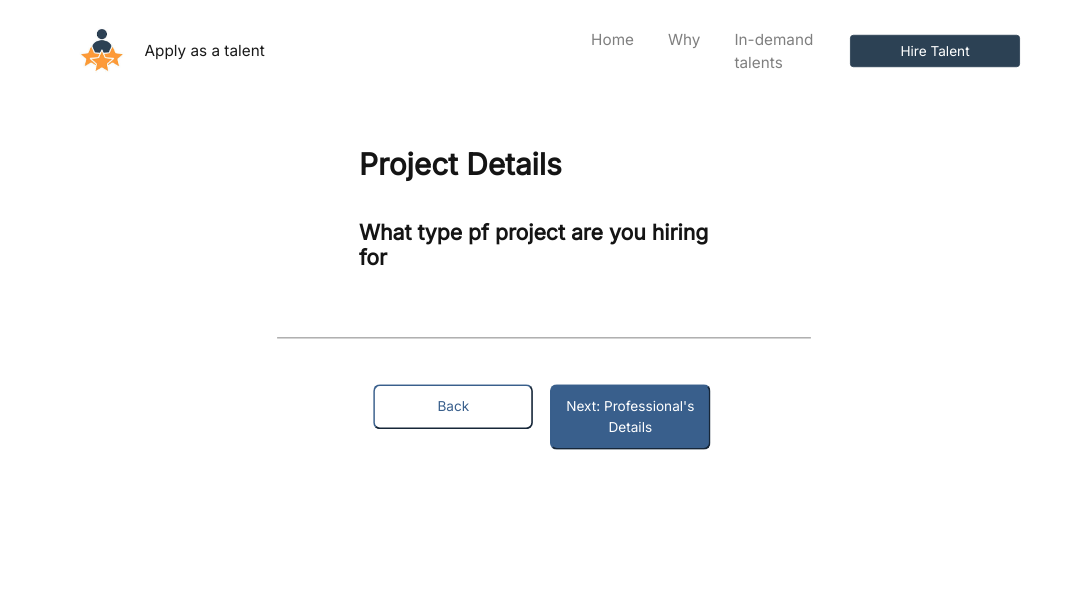
Repository: Ashwe9/talent-hire-reactJs
Page: /projectdetails
The author's editor kept a copy of each file at every save. The page is drawn from the files as they stood at one save, then again after a run of saves.
The browser window is 1280 px wide. The pictures show the whole page, at 85% of full size.
The project was rebuilt for these pictures with package versions that can differ from the ones it lists, and the page was loaded fresh each time. Also part of the build but not shown: src/homePage/components/TrustedBy/TrustedBy.css, src/homePage/components/TrustedBy/TrustedBy.js, src/homePage/components/Roles/Roles.js, src/homePage/components/homePageFooter/HomePageFooter.css, src/homePage/components/homePageFooter/HomePageFooter.js, src/homePage/HomePage.js, src/kpisPage/Header.js, src/kpisPage/DropDown.css and 5 more.

Above is the page before, as saved 2022-08-20 13:08:51.

### public/index.html
<!DOCTYPE html>
<html lang="en">
  <head>
    <meta charset="utf-8" />
    <link rel="icon" href="%PUBLIC_URL%/favicon.ico" />
    <meta name="viewport" content="width=device-width, initial-scale=1" />
    <meta name="theme-color" content="#000000" />
    <meta
      name="description"
      content="Web site created using create-react-app"
    />
    <link rel="apple-touch-icon" href="%PUBLIC_URL%/logo192.png" />
    <link rel="manifest" href="%PUBLIC_URL%/manifest.json" />
    <link rel="stylesheet" href="https://stackpath.bootstrapcdn.com/bootstrap/4.4.1/css/bootstrap.min.css" integrity="sha384-Vkoo8x4CGsO3+Hhxv8T/Q5PaXtkKtu6ug5TOeNV6gBiFeWPGFN9MuhOf23Q9Ifjh" crossorigin="anonymous">
    <link href='https://fonts.googleapis.com/css?family=Inter' rel='stylesheet'>

    <title>App</title>
  </head>
  <body>
    <noscript>You need to enable JavaScript to run this app.</noscript>
    <div id="root"></div>
    <script src="https://code.jquery.com/jquery-3.4.1.slim.min.js" integrity="sha384-J6qa4849blE2+poT4WnyKhv5vZF5SrPo0iEjwBvKU7imGFAV0wwj1yYfoRSJoZ+n" crossorigin="anonymous"></script>
    <script src="https://cdn.jsdelivr.net/npm/popper.js@1.16.0/dist/umd/popper.min.js" integrity="sha384-Q6E9RHvbIyZFJoft+2mJbHaEWldlvI9IOYy5n3zV9zzTtmI3UksdQRVvoxMfooAo" crossorigin="anonymous"></script>
    <script src="https://stackpath.bootstrapcdn.com/bootstrap/4.4.1/js/bootstrap.min.js" integrity="sha384-wfSDF2E50Y2D1uUdj0O3uMBJnjuUD4Ih7YwaYd1iqfktj0Uod8GCExl3Og8ifwB6" crossorigin="anonymous"></script>  </body>
</html>

### src/App.js
import React from 'react'
import { BrowserRouter as Router, Route, Routes, Navigate } from 'react-router-dom';
import { HomePage } from './homePage/HomePage';
import KPISPage from './kpisPage/KPISPage';
import ProjectDetails from './projectDetails/ProjectDetails';
import ProfessionalDetails from './professionalDetails/ProfessionalDetails';

function App() {
  return (
    <Router>
      <Routes>
        <Route exact path="*" element={<Navigate to="/" replace />}/>
        <Route exact path="/" element={<HomePage />} />
        <Route exact path="/kpis" element={<KPISPage />} />
        <Route exact path="/projectdetails" element={<ProjectDetails />} />
        <Route exact path="/professionaldetails" element={<ProfessionalDetails />} />

      </Routes>
    </Router>
  );
}

export default App;

### src/projectDetails/ProjectDetails.js

import React from 'react'
import { Footer } from '../shared-components/Footer/Footer'
import { Navbar } from '../shared-components/Navbar/Navbar'
import Header from './Header'

const ProjectDetails = () => {
  return (
    <div>
      <Navbar />
      <Header />
      <Footer nextTitle="Next: Professional's Details" nextPath="/professionaldetails" previousPath="/kpis"/>
    </div>
  )
}

export default ProjectDetails

### src/shared-components/Navbar/Navbar.js
import React from 'react'
import './Navbar.css'
import { Navigate, useNavigate } from 'react-router-dom'

export const Navbar = () => {
  let navigate = useNavigate();

  return (
    <nav className="navbar navbar-expand-lg navbar-light">
      <img src= {require('../../assets/icon.png')} className="icon"/>
      <a className="navbar-brand title" href="#">Apply as a talent</a>
      <button className="navbar-toggler" type="button" data-toggle="collapse" data-target="#navbarText" aria-controls="navbarText" aria-expanded="false" aria-label="Toggle navigation">
        <span className="navbar-toggler-icon"></span>
      </button>
      <div className="collapse navbar-collapse" id="navbarText">
        <ul className="navbar-nav mr-auto">
          <li className="nav-item">
            <a className="nav-link" href="" onClick={() => {
                navigate('/', { replace: true });
              } }>Home</a>
          </li>

          <li className="nav-item">
            <a className="nav-link" href="#">Why</a>
          </li>
          <li className="nav-item">
            <a className="nav-link" href="#">In-demand talents</a>
          </li>
        </ul>
        <span className="navbar-text">
          <button className='btn btn-dark navbar-btn'>Hire Talent</button>
        </span>
      </div>
    </nav>
  )
}

### src/shared-components/Footer/Footer.js
import React from 'react'
import './Footer.css'
import { useNavigate  } from 'react-router-dom'


export  const Footer = ({nextTitle, nextPath, previousPath}) => {

  let navigate = useNavigate();

  const goNext = () => {
    let path =  nextPath;
    navigate(path);
  };
  const goBack = () => {
    let path =  previousPath;
    navigate(path);
  };

  return (
      <footer>
        <div className='Footer-box'>
            <hr id="footer-line"/>
            <div className='buttons'>
              <button className='Footer-button-back'
              onClick={goBack}
                >Back</button>

              <button className='Footer-button-next'
              onClick={goNext}
                >{nextTitle}</button>
        </div>
        </div>
      </footer>
    )
  }

### src/projectDetails/Header.js
import React from 'react'
import './Header.css'


const Header = () => {
  return (
    <div className='headers-box'>
        <p className='header'>
            Project Details
        </p>
        <p className='header-by-title'>
            What type pf project are you hiring for
        </p>

    </div>
  )
}

export default Header

### src/shared-components/Navbar/Navbar.css
.icon{
    width: 80px;
}

.title{
    font-family: "Inter";
    font-style: normal;
    font-weight: 500;
    font-size: 18px;
    line-height: 28px;
    align-items: center;
    color: #444444;
    padding-left: 10px;
}

#navbarText{
    margin-left: 30%;
}
.navbar-items{
    margin: 0 35%;

}

.nav-item{
    font-family: "Inter";
    font-style: normal;
    font-weight: 500;
    font-size: 18px;
    align-items: center;
    color: #444444;
    padding-left: 24px;
}

.navbar-btn{
    font-family: "Inter";
    font-style: bold;
    background: #2c4154;
    /* padding: 5px 50px; */
    border-color: #2c4154;
    width: 200px;
}

.navbar{
    margin: 10px 5%;
}

@media only screen and (max-width: 600px) {
    body {
      background-color: lightblue;
    }
  }

### src/kpisPage/Header.css
.header-box{
    margin: 30px 30%;
    padding: 3%;
    padding-bottom: 0%;
    align-items: center;
    width: 35%;
}

.header-by-title{
    font-family: "Inter";
    font-style: bolder;
    font-weight: 700;
    font-size: 25px;
    line-height: 30px;
    align-items: center;
    color: #141414;
}


@media only screen and (max-width: 700px) {

    .header-by-title{
        font-size: 16px;
    }

    .header-box{
        margin-left: 40px;
        width: 100%;
    }
  }
@media only screen and (max-width: 450px) {
    .header-by-title{
        font-size: 13px;
    }
    .header-box{
        margin-left: 70px;
        width: 100%;
    }
}

### src/shared-components/Footer/Footer.css
#footer-line{
    background-color: gray;
    width: 50%;
}

.Footer-box{
    margin-top: 50px;
    padding: 1%;
}

.buttons{
    display: flex;
}

.Footer-button-back{
    margin-top: 3%;
    /* margin-left: 30%; */
    font-family: "Inter";
    font-style: normal;
    padding: 1% 1%;
    background-color: white;
    border-color: #395f8c;
    color: #395f8c;
    height: 10%;
    width: 15%;
    border-radius: 0.5rem;
    margin-left: 34%;
    margin-bottom: 10%;
}
.Footer-button-next{
    margin-top: 3%;
    /* margin-left: 30%; */
    font-family: "Inter";
    background: #395f8c;
    border-color: #395f8c;
    padding: 1% 1%;
    height: 10%;
    width: 15%;
    border-radius: 0.5rem;
    margin-bottom: 10%;
    margin-left: 20px;
    color: white;
}

@media only screen and (max-width: 700px) {
    #footer-line{
        background-color: gray;
        width: 80%;
    }
    .Footer-button-next{
        padding: 2% ;
        height: 10%;
        width: fit-content;
        margin-left: 5%;
        font-size: 12px;
    }
    .Footer-button-back{
        padding: 2% ;
        height: 10%;
        width: 20%;
        margin-left: 20%;
        font-size: 12px;
    }
}

### src/projectDetails/Header.css
.headers-box{
    margin: 30px 30%;
    padding: 3%;
    padding-bottom: 0%;
    align-items: center;
    width: 40%;
}

.header{
    font-family: "Inter";
    font-style: bolder;
    font-weight: 600;
    font-size: 35px;
    line-height: 30px;
    align-items: center;
    color: #141414;
    margin-bottom: 50px;
}

.header-by-title{
    font-family: "Inter";
    font-style: bolder;
    font-weight: 700;
    font-size: 25px;
    line-height: 30px;
    align-items: center;
    color: #141414;
}


@media only screen and (max-width: 700px) {

    .header-by-title{
        font-size: 16px;
    }

    .header-box{
        margin-left: 40px;
        width: 100%;
    }
  }
@media only screen and (max-width: 450px) {
    .header-by-title{
        font-size: 13px;
    }
    .header-box{
        margin-left: 70px;
        width: 100%;
    }
}

### src/projectDetails/Details.js
import React from 'react'
import './Details.css'

const Details = () => {

  const [checked_1, setChecked_1] = useState(false)
  const [checked_2, setChecked_2] = useState(false)
  const [checked_3, setChecked_3] = useState(false)
  const [checked_4, setChecked_4] = useState(false)
  const [checked_5, setChecked_5] = useState(false)
  const handle_1 = () =>{
    setChecked_1(!checked_1)
  }
  const handle_2 = () =>{
    setChecked_2(!checked_2)
  }
  const handle_3 = () =>{
    setChecked_3(!checked_3)
  }
  const handle_4 = () =>{
    setChecked_4(!checked_4)
  }
  const handle_5 = () =>{
    setChecked_5(!checked_5)
  }

  return (
      <div className='roles-box'>
        <h2 className='roles-title'>What role would you like to have the professional fill?</h2>
        <form className='check-form'>
          <div className='row'>
            <div className={`col-5 ${checked_1 ? "role-item-active" : "role-item"}`}>
              <input type="checkbox" id="role_1" name="role_1" className='role-check' onClick={handle_1}/>
              <label className={`${checked_1 ? "role-item-paragraph-active" : "role-item-paragraph"}`}>Sales-Bussiness development Manager, Sales Director, Sales Executive</label>
            </div>
            <div className={`col-5 ${checked_2 ? "role-item-active" : "role-item"}`}>
              <input type="checkbox" id="role_2" name="role_2"  className='role-check' onClick={handle_2}/>
              <label className={`${checked_2 ? "role-item-paragraph-active" : "role-item-paragraph"}`}>Sales-Bussiness development Manager, Sales Director, Sales Executive</label>
            </div>
          </div>
          <div className='row'>
            <div className={`col-5 ${checked_3 ? "role-item-active" : "role-item"}`}>
              <input type="checkbox" id="role_3" name="role_3" className='role-check' onClick={handle_3}/>
              <label className={`${checked_3 ? "role-item-paragraph-active" : "role-item-paragraph"}`}>Sales-Bussiness development Manager, Sales Director, Sales Executive</label>
            </div>
            <div className={`col-5 ${checked_4 ? "role-item-active" : "role-item"}`}>
              <input type="checkbox" id="role_4" name="role_4" className='role-check' onClick={handle_4}/>
              <label className={`${checked_4 ? "role-item-paragraph-active" : "role-item-paragraph"}`}>Sales-Bussiness development Manager, Sales Director, Sales Executive</label>
            </div>
          </div>
          <div className='row'>
            <div className={`col-5 ${checked_5 ? "role-item-active" : "role-item"}`}>
              <input type="checkbox" id="role_5" name="role_5" className='role-check' onClick={handle_5}/>
              <label className={`${checked_5 ? "role-item-paragraph-active" : "role-item-paragraph"}`}>Sales-Bussiness development Manager, Sales Director, Sales Executive</label>
            </div>
          </div>
        </form>
        <a href='#' className='roles-question'>Looking to work with companies?</a>
      </div>

    )
}

export default Details

### src/homePage/components/Roles/Roles.css
.roles-box{
    margin: 10px 10%;
    padding: 0px 10%;
    margin-top: 7%;
}

.role-item-active{
    background: #FFFFFF;
    border: 1px solid #395F8C;
    box-sizing: border-box;
    box-shadow: 0px 4px 14px 1px rgba(0, 0, 0, 0.04);
    border-radius: 6px;
    display: flex;
    padding: 2%;
    margin: 2%;
}

.role-item{
    opacity: 0.8;
    background: #FFFFFF;
    border: 0.2px solid #8692A6;
    box-sizing: border-box;
    box-shadow: 0px 2px 14px 1px rgba(0, 0, 0, 0.06);
    border-radius: 6px;
    display: flex;
    padding: 2%;
    margin: 2%;
}


.role-check{
    margin-right: 3%;
    width: 35px;
    height: 35px;
    align-self: center;
    background-color: #395F8C;
}

.role-item-paragraph-active{
    font-family: "Inter";
    font-style: normal;
    font-weight: normal;
    font-size: 16px;
    display: flex;
    align-items: center;

    color: #395F8C;
}

.role-item-paragraph{
    font-family: "Inter";
    font-style: normal;
    font-weight: normal;
    font-size: 16px;
    display: flex;
    align-items: center;
    opacity: 0.8;
    color: #8692A6;
}

.roles-question{
    color:#395f8c;
    font-family: "Inter";
    font-style: normal;
    font-weight: 400;
    font-size: 20px;
    text-decoration-line: underline;
    text-underline-position: under;
}

@media only screen and (max-width: 700px) {
    h2{
        font-size: 20px;
    }
    .role-item-paragraph-active{
        font-size: 10px;
    }

    .role-item-paragraph{
        font-size: 10px;
    }
    .roles-question{
        font-size: 14px;
    }

  }
@media only screen and (max-width: 450px) {
    h2{
        font-size: 14px;
    }
    .role-item-paragraph-active{
        font-size: 8px;
    }

    .role-item-paragraph{
        font-size: 8px;
    }
    .roles-question{
        font-size: 10px;
    }
}

input[type="checkbox"] { /* change "blue" browser chrome to yellow */
    filter: invert(20%) hue-rotate(15deg) brightness(1.4);
  }

### src/kpisPage/Talents.css
.talents-box{
    margin-left: 515px;
}

.talent-item-active{
    background: #FFFFFF;
    border: 1px solid #395F8C;
    box-sizing: border-box;
    box-shadow: 0px 4px 14px 1px rgba(0, 0, 0, 0.04);
    border-radius: 6px;
    display: flex;
    padding: 10px;
    padding-right: 32px;
    width: fit-content;
    margin-right: 10px;
}

#icons{
    color: #395F8C;
    position:absolute;
    margin-top: 5px;
    margin-left: 15px;
    margin-right: 5px;
}

.talent-item{
    opacity: 0.8;
    background: #f0f0f0;
    border: 0.2px solid #f0f0f0;
    box-sizing: border-box;
    box-shadow: 0px 2px 14px 1px rgba(0, 0, 0, 0.06);
    border-radius: 6px;
    display: flex;
    padding: 10px;
    padding-right: 32px;
    width: fit-content;
    margin-right: 10px;
}


.talent-item-paragraph-active{
    font-family: "Inter";
    font-style: normal;
    font-weight: bolder;
    font-size: 16px;
    display: flex;
    align-items: center;
    color: #395f8c;
}

.talent-item-paragraph{
    font-family: "Inter";
    font-style: normal;
    font-weight: normal;
    font-size: 16px;
    display: flex;
    align-items: center;
    opacity: 0.8;
    color: #6d7686;
}


@media only screen and (max-width: 700px) {
    .talent-item-paragraph-active{
        font-size: 10px;
    }

    .talent-item-paragraph{
        font-size: 10px;
        font-weight: bold;
    }

    .talents-box{
        margin-left: 80px;
    }

    .talent-item{
        opacity: 0.8;
        background: #f0f0f0;
        box-sizing: border-box;
        display: flex;
        width: fit-content;
        margin-bottom: 5px;
    }

    .talent-item-active{
        opacity: 0.8;
        background: #f0f0f0;
        box-sizing: border-box;
        display: flex;
        width: fit-content;
    }

    #icons{
        color: #395F8C;
        position:absolute;
        margin-top: 2px;
        margin-left: 2px;
        margin-right: 0.5px;
    }
  }
@media only screen and (max-width: 450px) {
    .talent-item-paragraph-active{
        font-size: 8px;
    }

    .talent-item-paragraph{
        font-size: 8px;
    }
    .talents-box{
        margin-left: 110px;
    }

    .talent-item{
        opacity: 0.8;
        background: #f0f0f0;
        box-sizing: border-box;
        display: flex;
        width: fit-content;
    }

    .talent-item-active{
        opacity: 0.8;
        background: #f0f0f0;
        box-sizing: border-box;
        display: flex;
        width: fit-content;
    }
}

input[type="checkbox"] { /* change "blue" browser chrome to yellow */
    filter: invert(20%) hue-rotate(15deg) brightness(1.4);
  }

Loaded but not shown: src/index.js (common file); src/reportWebVitals.js (common file); src/index.css (no stored copy; drawn as an empty file); src/kpisPage/KPISPage.css (no stored copy; drawn as an empty file); src/professionalDetails/ProfessionalDetails.css (no stored copy; drawn as an empty file)

After the next 2 saves:
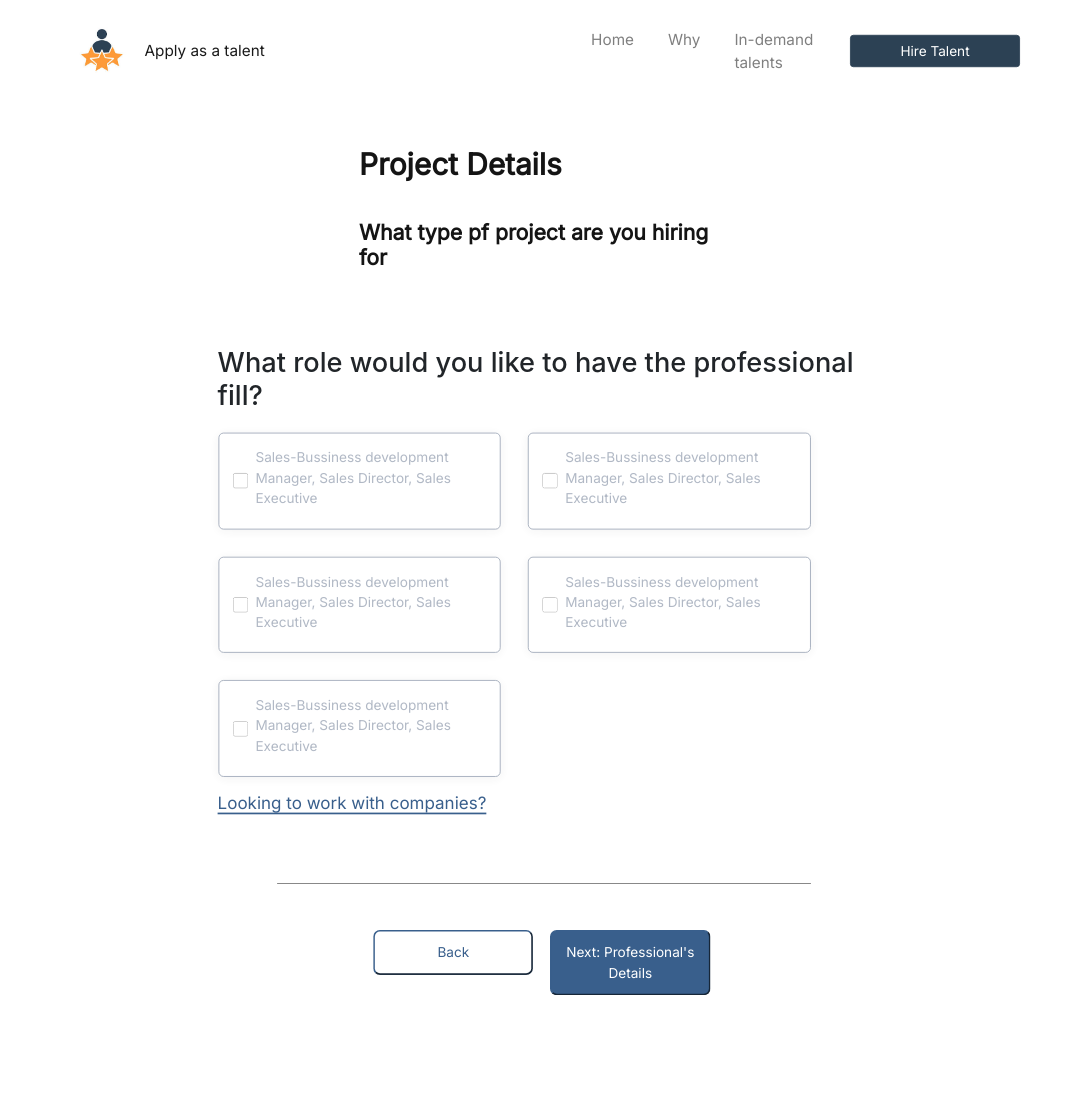
The 2 saves are shown as one change because 1 did not build or start.
The last was saved 32 s later.
--- a/src/projectDetails/ProjectDetails.js
+++ b/src/projectDetails/ProjectDetails.js
@@ -2,6 +2,7 @@
 import React from 'react'
 import { Footer } from '../shared-components/Footer/Footer'
 import { Navbar } from '../shared-components/Navbar/Navbar'
+import Details from './Details'
 import Header from './Header'
 
 const ProjectDetails = () => {
@@ -9,6 +10,7 @@ const ProjectDetails = () => {
     <div>
       <Navbar />
       <Header />
+      <Details />
       <Footer nextTitle="Next: Professional's Details" nextPath="/professionaldetails" previousPath="/kpis"/>
     </div>
   )
--- a/src/projectDetails/Details.js
+++ b/src/projectDetails/Details.js
@@ -1,5 +1,7 @@
 import React from 'react'
 import './Details.css'
+
+ import { useState } from 'react'
 
 const Details = () => {
 
